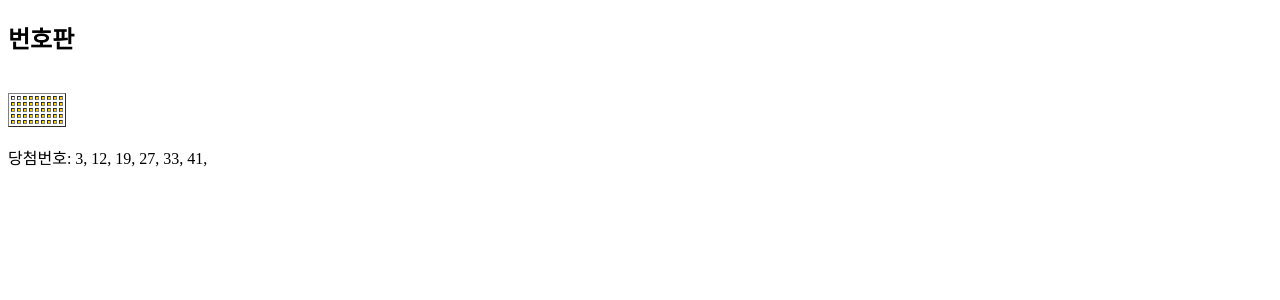
Repository: lhk21go-commits/Jsp2026
Page: http://localhost/chapter01/example_lotto.jsp
The author's editor kept a copy of each file at every save. The page is drawn from the files as they stood at one save, then again after the next save.
The browser window is 1280 px wide. The pictures show the whole page.
The page is served by Tomcat 9.

Above is the page before, as saved 2026-10-16 07:43:59.

### chapter01/src/main/webapp/example_lotto.jsp
<%@ page language="java" contentType="text/html; charset=UTF-8"
    pageEncoding="UTF-8" import="java.util.*"%>
<!DOCTYPE html>
<html>
<head>
<meta charset="UTF-8">
<title>Insert title here</title>
</head>
<body>

	<h2>번호판</h2>
	<br/>
	<%! int count = 1;
		int[] winNums = {3,12,19,27,33,41};
		boolean result = false;
		public boolean isWinning(int num){
			for(int i=0;i<winNums.length; i++){
				if(winNums[i] == num){
					result = true;
				}
			}
			return result;
		};
	%>
	<table border="1">
	<% count = 1;
		for(int i=1; i<=5; i++){	%>
		<tr>
			<%	for(int j=1; j<=9; j++){	%>
			<td style= background-color:<%=isWinning(count) ? "gold" : " " %>></td>
			<% count++;
			}; %>
		</tr>
		<%}; %>
	</table>
	<br/>
	<span>당첨번호:</span>
		<% for(int i=0; i<winNums.length; i++){
				out.print(winNums[i] + ", ");
			};
		%>


</body>
</html>

After the next save:
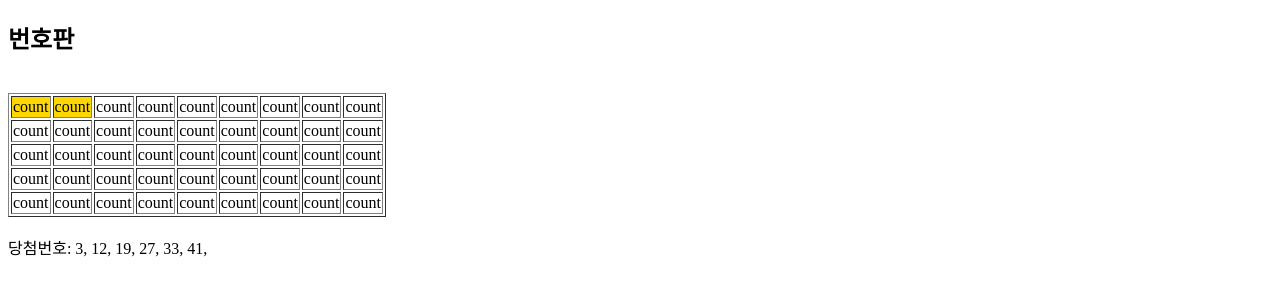
Saved 37 s later.
--- a/chapter01/src/main/webapp/example_lotto.jsp
+++ b/chapter01/src/main/webapp/example_lotto.jsp
@@ -27,7 +27,7 @@
 		for(int i=1; i<=5; i++){	%>
 		<tr>
 			<%	for(int j=1; j<=9; j++){	%>
-			<td style= background-color:<%=isWinning(count) ? "gold" : " " %>></td>
+			<td style= background-color:<%=isWinning(count) ? "" : "gold" %>>count</td>
 			<% count++;
 			}; %>
 		</tr>
